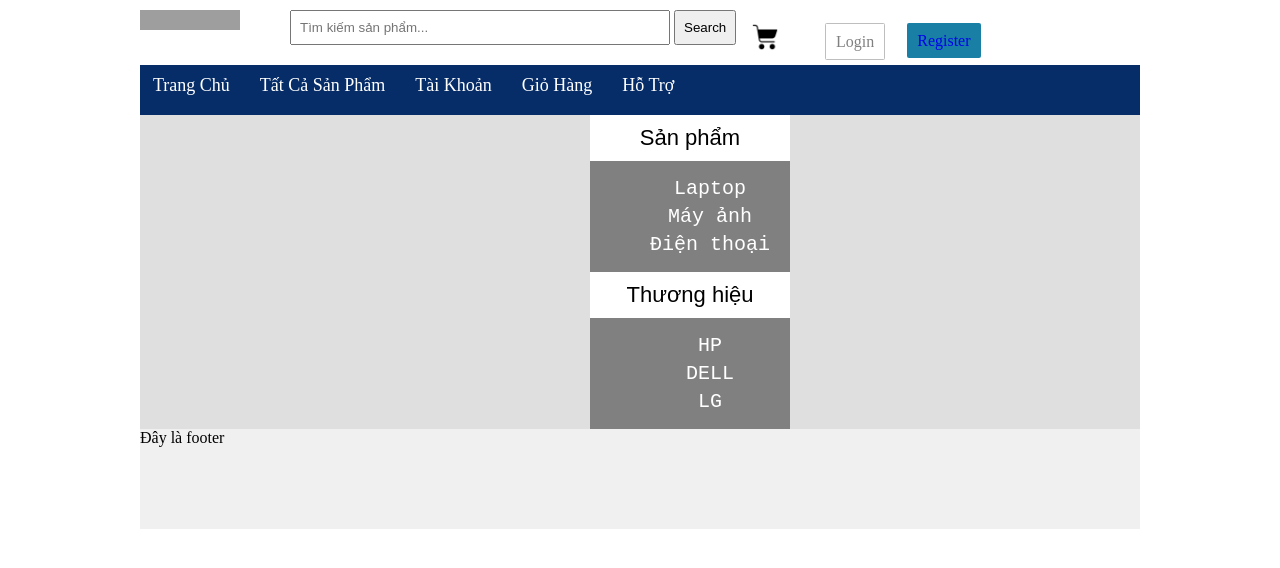
Repository: minhkhuyen1711/hpt
Page: http://localhost/website-ecommerce-php-master/index.php?action=login
The author's editor kept a copy of each file at every save. The page is drawn from the files as they stood at one save, then again after the next save.
The browser window is 1280 px wide. The pictures show the whole page.
Pictures or frames that could not be fetched are drawn as grey boxes. The page is run by PHP 8.4 with error messages shown; the project is at /var/www/html/.

Above is the page before, as saved 2021-06-11 17:58:51.

After the next save:
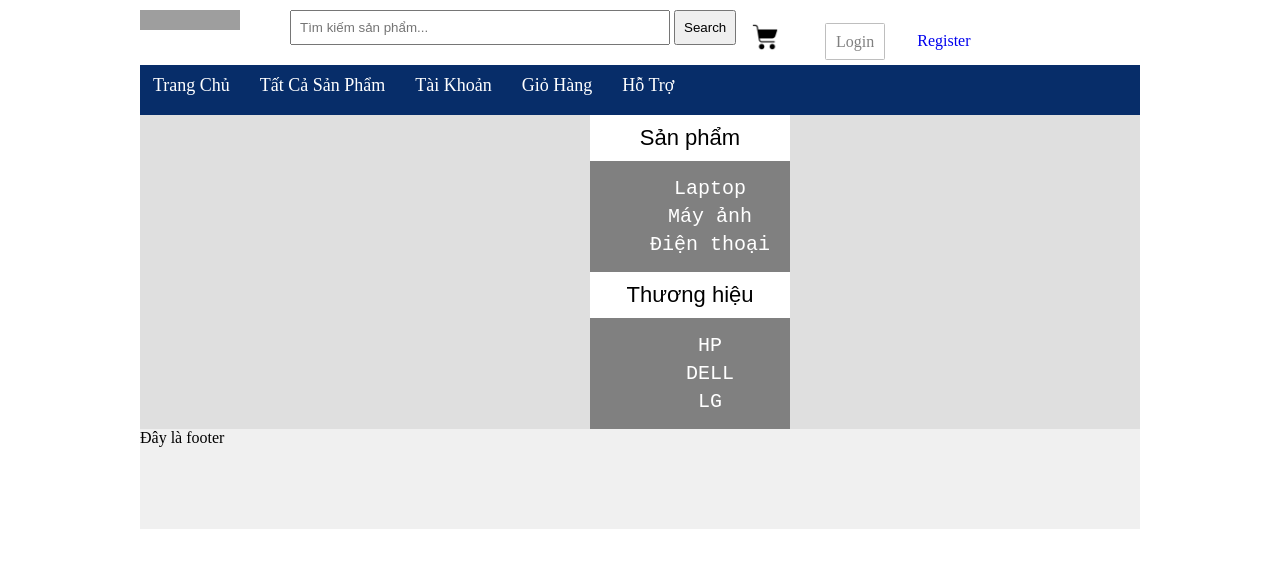
Saved 21 s later.
--- a/styles/style.css
+++ b/styles/style.css
@@ -134,7 +134,6 @@ margin-top: 10px;
     color: white;
     cursor: pointer;
     display: inline;
-    background: rgba(0, 114, 155, 0.9);
     border: 0.01px;
     border-radius: 2px;
 }
